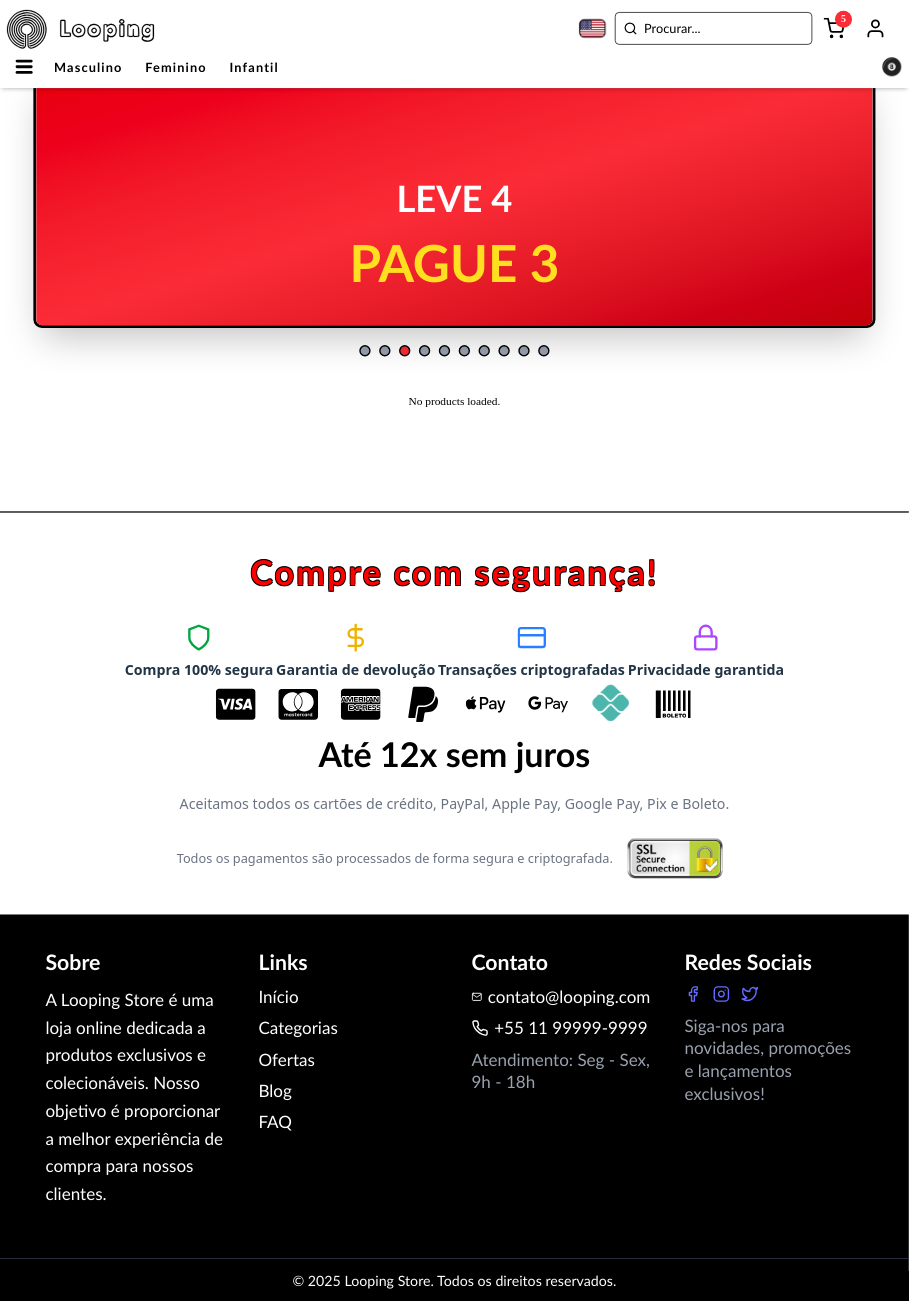
Repository: Kevin-Pro-Codes/looping-e-commerce
Page: / (app in looping-client/), after clicking the first element matching `div.justify-center > :nth-child(3)`
An editor plug-in stored every save of this project. The page is shown before and after a run of saves, followed by the edit.
The browser window is 1280 px wide. The pictures show the whole page, at 71% of full size.
The page's requests for data from a server got no answer. The project was rebuilt for these pictures with package versions that can differ from the ones it lists, and the page was loaded fresh each time. No one was signed in, and anything a server would have sent is missing. Also part of the build but not shown: looping-client/vite.config.js, looping-client/src/components/profile/SharedComponents.jsx, looping-client/src/components/profile/ProfileTab.jsx, looping-client/src/components/profile/AddressesTab.jsx, looping-client/src/components/profile/OrdersTab.jsx, looping-client/src/components/profile/WishlistTab.jsx, looping-client/src/components/profile/CartTab.jsx, looping-client/src/components/profile/CouponsTab.jsx and 22 more.

Above is the page before, as saved 2025-11-08 14:11:29.

After the next 2 saves:
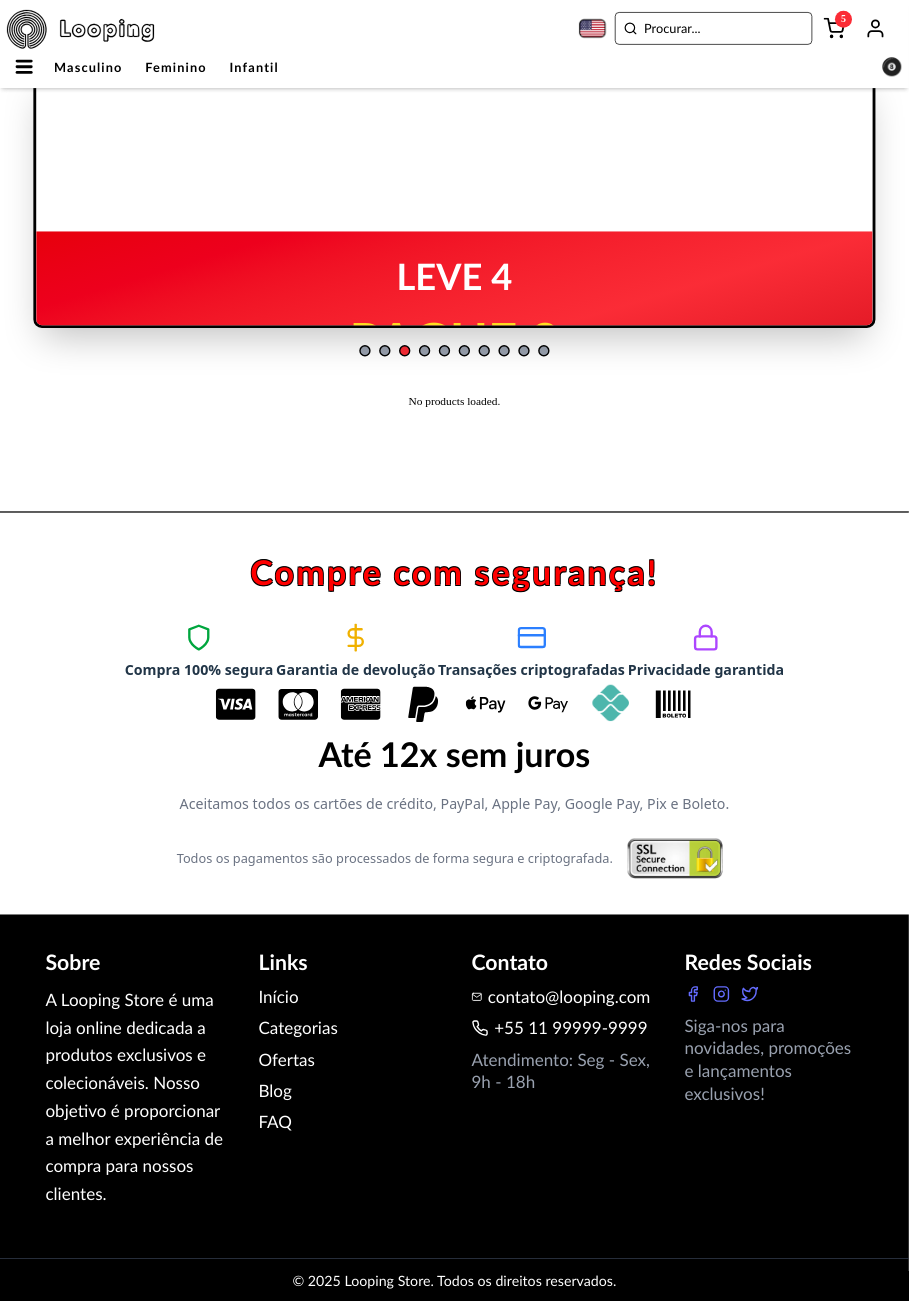
The 2 saves are shown as one change because they came seconds apart.
The last was saved 10 s later.
--- a/looping-client/src/components/Home.jsx
+++ b/looping-client/src/components/Home.jsx
@@ -148,8 +148,8 @@ function App() {
 
             {/* Banner Content */}
             {currentBanner === 2 ? ( // "Leve 4 Pague 3" Promo Banner - CALIBRI
-              <div className="absolute inset-0 w-full h-full bg-gradient-to-br from-red-600 via-red-500 to-red-700 flex items-center justify-center">
-                <div className="relative flex flex-col items-center justify-center w-full h-full p-4 sm:p-6 md:p-8 mt-55">
+              <div className="absolute inset-0 w-full h-full bg-gradient-to-br from-red-600 via-red-500 to-red-700 flex items-center justify-center mt-55">
+                <div className="relative flex flex-col items-center justify-center w-full h-full p-4 sm:p-6 md:p-8">
                   {/* Main Promo Text */}
                   <div className="text-center mb-4 sm:mb-6 md:mb-8">
                     <h1 className="text-4xl sm:text-5xl md:text-6xl lg:text-7xl xl:text-8xl font-black text-white mb-2 sm:mb-3 md:mb-4 leading-tight" style={{ fontFamily: 'Calibri, sans-serif' }}>
